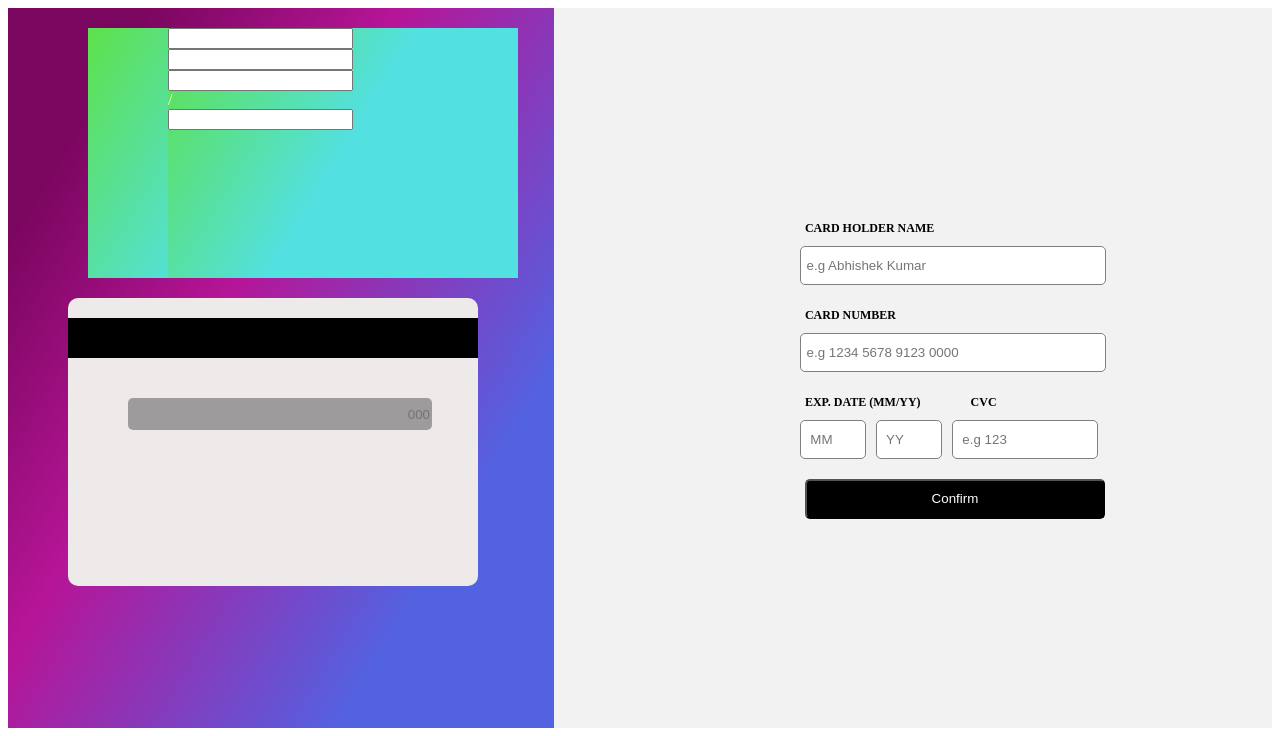
Repository: Abhi2359/frontendchallenge-1
Page: /
The author's editor kept a copy of each file at every save. The page is drawn from the files as they stood at one save, then again after a run of saves.
The browser window is 1280 px wide. The pictures show the whole page.
The project was rebuilt for these pictures with package versions that can differ from the ones it lists, and the page was loaded fresh each time.

Above is the page before, as saved 2023-02-15 22:19:56.

### src/App.js


import Card1 from "./components/Cards/Card1";
import Layout from "./components/Layout/Layout";


function App() {
  return (
    <div className="App">


      <Layout/>
    {/*


    <Card1/>
    */}

    </div>
  );
}

export default App;

### src/components/Cards/Card1.js
import React from "react";
import style from "./Card1.css";

function Card1({ cardNumber, cardHolderName, expMonth, expYear }) {
  return (
    <>
      <div className="card1">
        <div class="cardinput">
          <div class="_card__number">
            <input type="text" value={cardNumber} readOnly id="input" />
          </div>

          <div class="_card__details">
            <input type="text" value={cardHolderName} readOnly id="input" />
            <div class="expiry">
              <input type="text" value={expMonth} readOnly id="input" />
              <div class="slash">/</div>
              <input type="text" value={expYear} readOnly id="input"/>
            </div>
          </div>
        </div>
      </div>
    </>
  );
}

export default Card1;

### src/components/Layout/Layout.js
import React, { useState } from "react";


import Card1 from "../Cards/Card1";
import Card2 from "../Cards/Card2";
import style from "./layout.css";


function Layout() {
  const [cardHolderName, setCardHolderName] = useState("");
  const [cardNumber, setCardNumber] = useState("");
  const [expMonth, setExpMonth] = useState("");
  const [expYear, setExpYear] = useState("");
  const [cvc, setCvc] = useState("");



  const handleInputChange = (e) => {
    setCardNumber(e.target.value);
  };
  const handleCardHolderName = (e) => {
    setCardHolderName(e.target.value);
  };
  const handleExpMonth = (e) => {
    setExpMonth(e.target.value);
  };
  const handleExpYear = (e) => {
    setExpYear(e.target.value);
  };
  const handleCvc = (e) => {
    setCvc(e.target.value);
  };
  return (
    <>

      <div class="layout">
        <div class="partitions">
          <div class="partition1">
            <div class="card1">
              <Card1
                cardNumber={cardNumber}
                cardHolderName={cardHolderName}
                expMonth={expMonth}
                expYear={expYear}
              />
            </div>
            <div class="card2">
              <Card2 cvc={cvc} />
            </div>
          </div>

          <div class="partition2">

            <form action="" className="Form">
              <label for="Username">CARD HOLDER NAME</label> <br />
              <input
                value={cardHolderName}
                onChange={handleCardHolderName}
                className="card_holder"
                type="text"
                id="username"
                name="username"
                placeholder=" e.g Abhishek Kumar"
              required
              />
              <br />
              <label for="number">CARD NUMBER</label> <br />
              <input
                value={cardNumber}
                onChange={handleInputChange}
                className="card_number"
                pattern="[0-9]{4}-[0-9]{4}-[0-9]{4}"
                type="text"
                id="number"
                name="number"
                placeholder=" e.g 1234 5678 9123 0000"
              required
              />{" "}
              <br />
              <div className="exp_date">
                <label for="number">EXP. DATE (MM/YY)</label>
                <label for="number" className="cvc">
                  CVC
                </label>
                <div className="exp_date_input">
                  <input
                    value={expMonth}
                    onChange={handleExpMonth}
                    type="text"
                    id="number"
                    name="number"
                    placeholder="  MM"
                  required
                    className="number"
                  />
                  <input
                    value={expYear}
                    onChange={handleExpYear}
                    type="text"
                    id="number"
                    name="number"
                    placeholder="  YY"
                    required
                    className="number"
                  />
                  <input
                    value={cvc}
                    onChange={handleCvc}
                    type="text"
                    id="cvc"
                    name="number"
                    placeholder="  e.g 123"
                  required
                    className="number"
                  />
                </div>
                <button className="button">Confirm</button>
              </div>
            </form>

          </div>
        </div>
      </div>


    </>
  );
}

export default Layout;

### src/components/Cards/Card1.css
.card1 {

  background: rgb(93,225,83);
background: linear-gradient(121deg, rgba(93,225,83,1) 3%, rgba(83,224,225,1) 50%);
 height: 250px;
}

.cardinput{
  width: 100%;

}

### src/components/Cards/Card2.js
import React from "react";
import style from "./Card2.css";

function Card2({ cvc }) {
  return (
    <>
      <div className="card2">
        <div class="_card__number2">
          <input
            type="text"
            value={cvc}
            readOnly
            className="card2_input"
            placeholder="000"
          />
        </div>
      </div>
    </>
  );
}

export default Card2;

### src/components/Layout/layout.css
.layout{

    margin: 0;
    padding: 0;
    height: 100vh;
}
.partitions
{
    height: 100%;
display: flex;
flex-wrap: wrap;
flex-direction: row;
justify-content: space-between;
}

.partition1{
    background: linear-gradient(121deg, rgb(122, 6, 95) 14%, rgba(182,21,151,1) 40%, rgba(83,98,225,1) 78%);

height: 100vh;
flex-grow: 1;
color: white;
width: 40%;

}

.partition2{
background-color: rgb(243, 242, 242);
 height: 100vh;
flex-grow: 8;
display: flex;
align-items: center;
justify-content: center;
}

.Form{
    margin-left: 80px;

}

.Form input{
    margin: 5px;
    height: 35px;
    margin-top: 10px;
    margin-bottom: 20px;

}

.card_holder{
    width: 300px;
    border: 1px solid gray;
    border-radius: 5px;
}
.card_number{
    width: 300px;
    border: 1px solid gray;
    border-radius: 5px;
}
label{
    font-size: 12px;
    font-weight: bold;
    padding-left: 10px;
}



.cvc{
    margin-left: 40px;
}

.number{
    width: 60px;
    border: 1px solid gray;
    border-radius: 5px;
}
#cvc{
    width: 140px;
    border: 1px solid gray;
    border-radius: 5px;
}
.button{
    width: 300px;
    margin-left: 10px;
    background-color: black;

    color: white;
    height: 40px;
    border-radius: 5px;
 }

.partitiion1 ,h1{
margin-left: 100px;
}

.card1{
    margin-top: 20px;
    margin-left: 80px;
    width: 350px;



}

.card2{
    margin-top: 20px;
    margin-left: 60px;
}

### src/components/Cards/Card2.css
.card2{
    /* background: rgb(60,6,122); */
    background-color: rgb(239, 234, 234);
    /* background: linear-gradient(121deg, rgba(60,6,122,1) 14%, rgba(182,21,151,1) 40%, rgba(83,98,225,1) 78%); */
    height: 40vh;
    width: 350px;
    border-radius: 10px;
    position: relative;

    margin-top: 20px;


}
.card2::before {
    content: "";
    position: absolute;
    /* top: 0;
    left: 0; */
    width: 100%;
    height: 40px;
    background-color: black;
    margin-top: 20px;
  }


._card__number2 input{

    margin-top: 100px;
    height: 30px;
width: 300px;
text-align: end;
border: none;
}


 .card2_input{
    height: 30px;
    width: 100px;
    border-radius: 5px;
    background-color: rgb(157, 155, 155);
    color: white;
}



.strip{
    background-color: black;
   width: 100%;

}

Loaded but not shown: public/index.html (common file); src/index.js (common file)

After the next 2 saves:
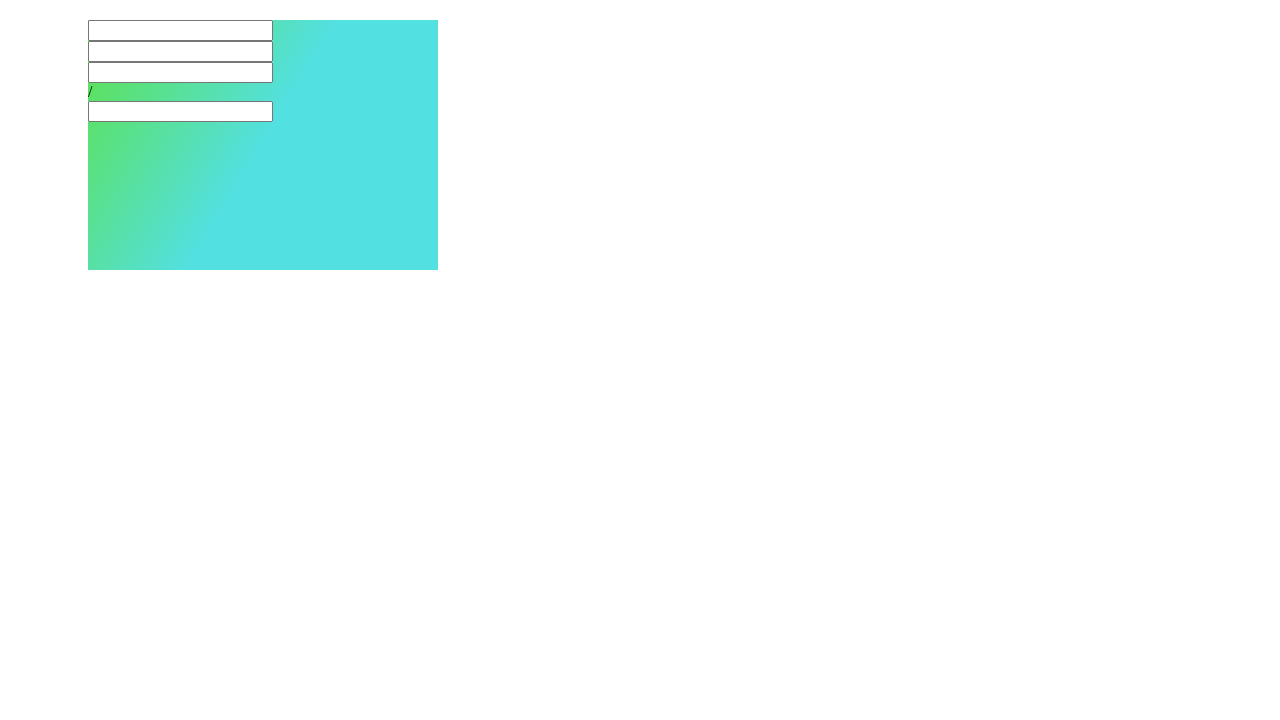
The 2 saves are shown as one change because they came seconds apart.
The last was saved 41 s later.
--- a/src/App.js
+++ b/src/App.js
@@ -9,11 +9,11 @@ function App() {
     <div className="App">
 
 
+      <Card1/>
+    {/*
       <Layout/>
-    {/*
 
 
-    <Card1/>
     */}
 
     </div>
